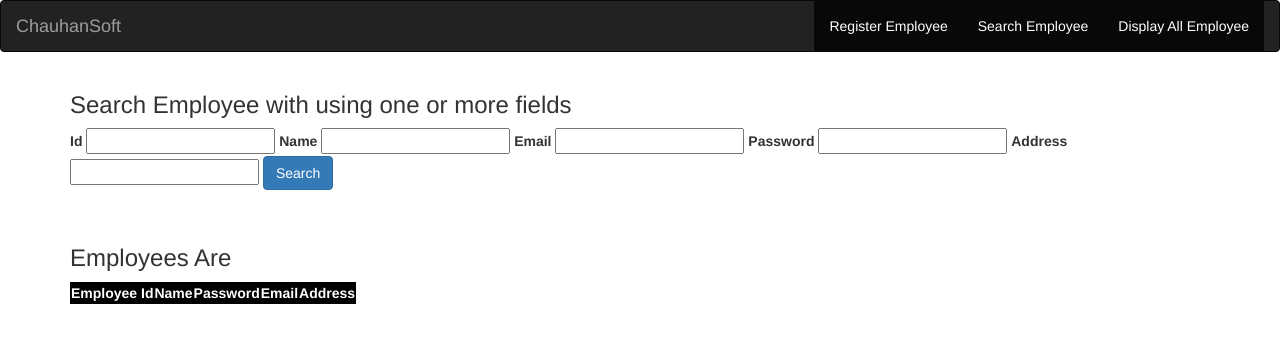
Repository: ErAdarshChauhan/Spring-Framework-5.0.0-Concepts
Page: http://localhost/sf-mvc-with-hibernate-crud-and-login-logout/WEB-INF/jsp/search.jsp
These files come from the project's save history. The page is drawn as it stood at one moment and after the next save; the edit follows.
The browser window is 1280 px wide. The pictures show the whole page.
The page is served by Tomcat 9. Nobody is signed in. The template is opened directly, without the code that normally fills it, so the values that code supplies are empty.

Above is the page before, as saved 2020-06-22 18:37:44.

After the next save:
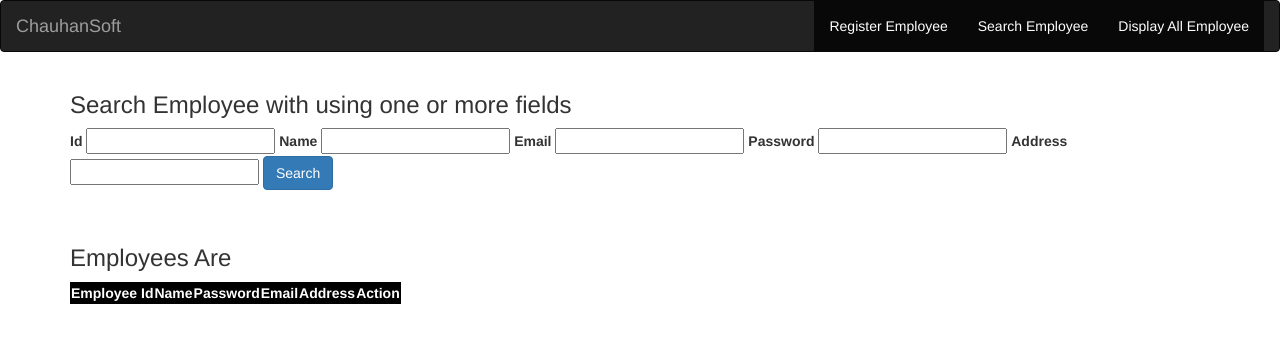
Saved 62 s later.
--- a/Spring-MVC-Projects/sf-mvc-with-hibernate-crud-and-login-logout/src/main/webapp/WEB-INF/jsp/search.jsp
+++ b/Spring-MVC-Projects/sf-mvc-with-hibernate-crud-and-login-logout/src/main/webapp/WEB-INF/jsp/search.jsp
@@ -83,6 +83,7 @@
 		    <th>Password</th>
 		    <th>Email</th>
 		    <th>Address</th>
+		    <th>Action</th>
 		  </tr>
 		  <c:forEach var="tab" items="${data}">
 		  		<tr>
@@ -92,6 +93,7 @@
 		    		<td><form:input path="password" value="${tab.password}"/></td>
 		    		<td><form:input path="email" value="${tab.email}"/></td>
 		    		<td><form:input path="address" value="${tab.address}"/></td>
+		   			<td><input type="submit" value="Update" class="btn btn-primary"></td>
 
 		   		</form:form>
 		 		 </tr>
